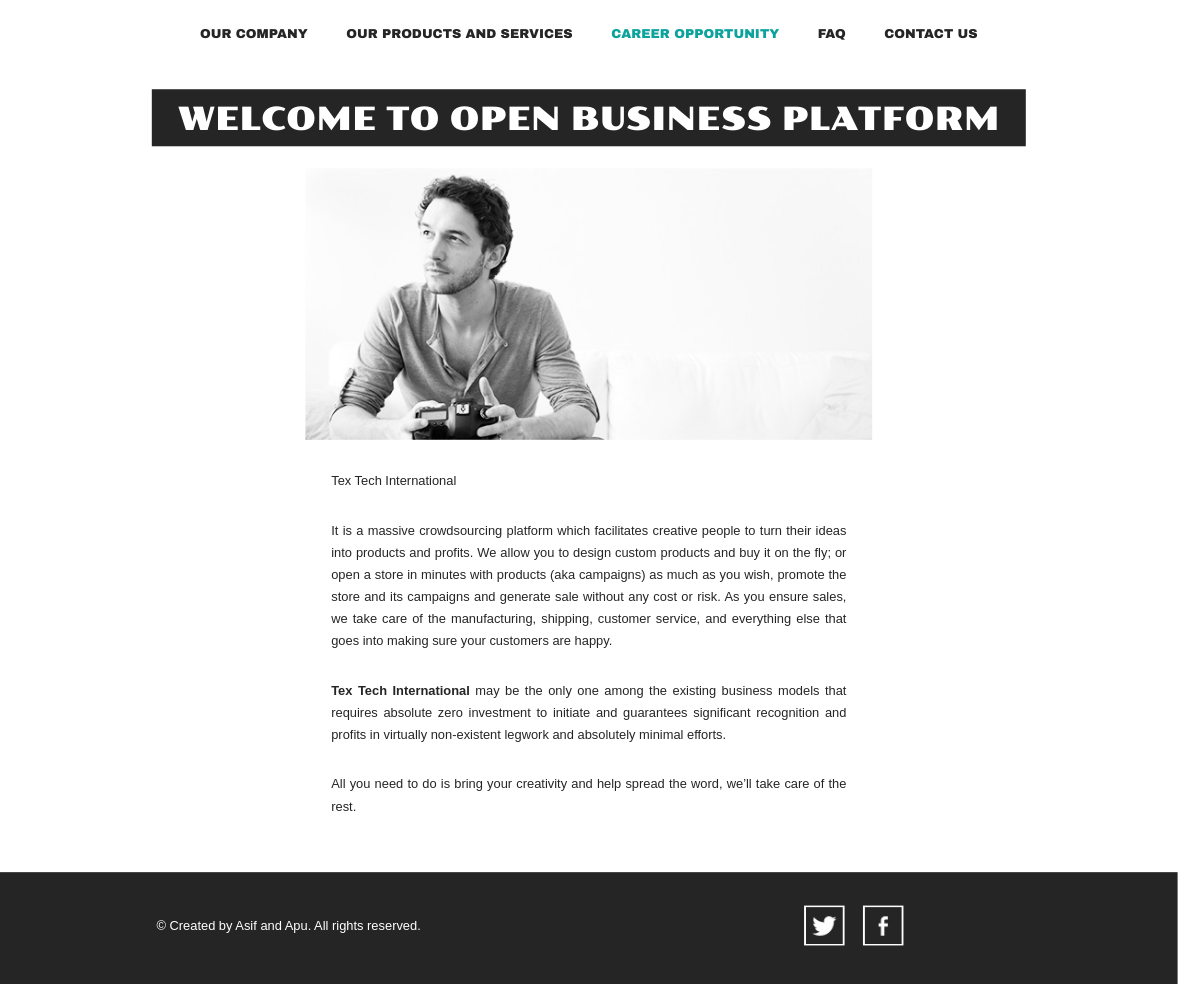
Repository: asifdotpy/textechint
Page: about.html
These files come from the project's save history. The page is drawn as it stood at one moment and after the next save; the edit follows.
The browser window is 1280 px wide. The pictures show the whole page, at 92% of full size.

Above is the page before, as saved 2021-02-24 00:52:44.

After the next save:
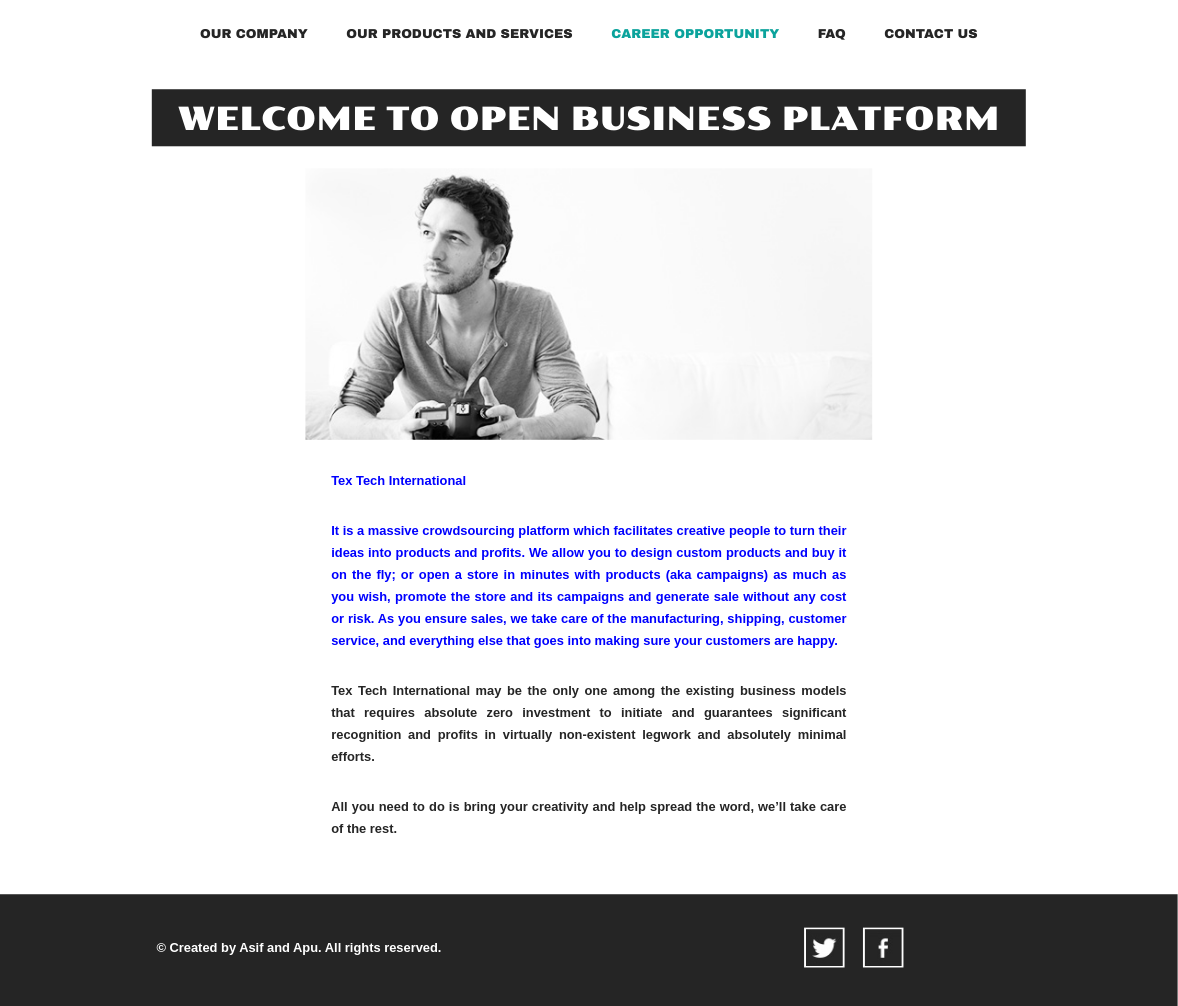
Saved 6 s later.
--- a/about.html
+++ b/about.html
@@ -35,7 +35,7 @@
 			<img src="images/photographer.jpg" alt="">
 			<div class="article">
 				<!--<h3>Tex Tech International is the first and largest open business platform in Bangladesh</h3>-->
-				<p><strong style="color: blue;"></strong>Tex Tech International</st is the first and largest open business platform in Bangladesh, which might as well be the game changer in the business concepts of the country. </p>
+				<p><strong style="color: blue;">Tex Tech International</st is the first and largest open business platform in Bangladesh, which might as well be the game changer in the business concepts of the country. </p>
 				<!--<h3>Our goal </h3>-->
 				<p>It is a massive crowdsourcing platform which facilitates creative people to turn their ideas into products and profits. We allow you to design custom products and buy it on the fly; or open a store in minutes with products (aka campaigns) as much as you wish, promote the store and its campaigns and generate sale without any cost or risk. As you ensure sales, we take care of the manufacturing, shipping, customer service, and everything else that goes into making sure your customers are happy.</p>
 				<!--<h3>Be Part of Our Community</h3>-->
